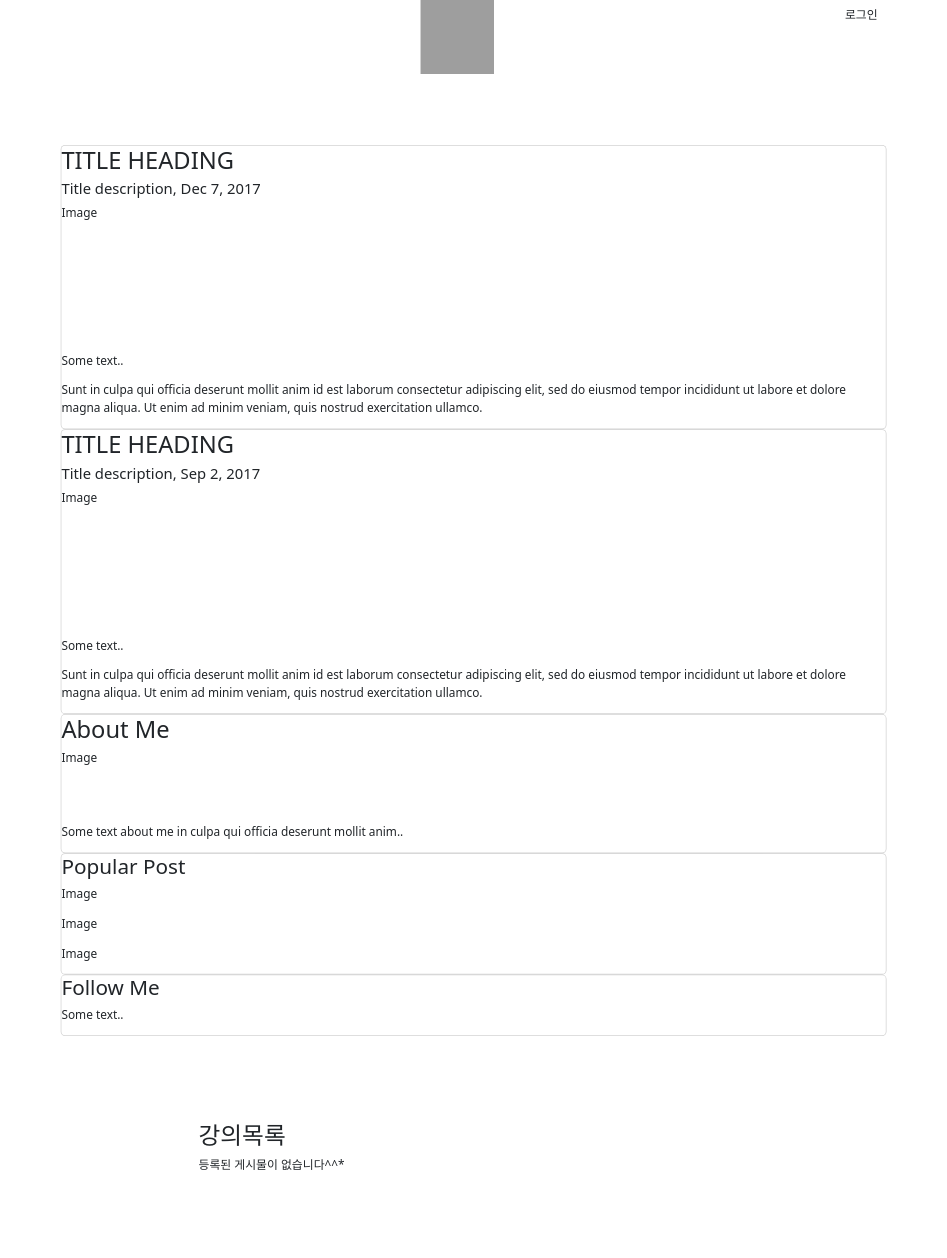
Repository: seonminpark100/CodeCampus
Page: http://localhost/LMSProject/WEB-INF/views/prof/prof.jsp
The author's editor kept a copy of each file at every save. The page is drawn from the files as they stood at one save, then again after the next save.
The browser window is 1280 px wide. The pictures show the whole page, at 74% of full size.
Pictures or frames that could not be fetched are drawn as grey boxes. The page is served by Tomcat 10. Nobody is signed in. Other server files are loaded and not shown. The template is opened directly, without the code that normally fills it, so the values that code supplies are empty.

Above is the page before, as saved 2025-07-11 06:02:40.

### LMSProject/src/main/webapp/WEB-INF/views/prof/prof.jsp
<%@ page language="java" contentType="text/html; charset=UTF-8"
    pageEncoding="UTF-8"%>
<%@ taglib uri="http://www.springframework.org/security/tags" prefix="s" %>
<!DOCTYPE html>
<html>
	<head>
		<meta http-equiv="Content-Type" content="text/html; charset=UTF-8" />
		<title>OO대학교 eCampus</title>
		<style type="text/css">
		.bl-left { position:relative; float:left; width:50%; height:300px; display: flex; justify-content: center; align-items: center; }
		.bl-right{ position:relative; float:right; width:50%; height:300px; display: flex; justify-content: center; align-items: center; }
		</style>
		<script>
		function gotoList(){
	        let pageMoveForm = document.createElement('form');
	        /* // 인수값넣을경우
	        let obj = document.createElement('input');
	   		 obj.setAttribute('type', 'hidden');
	  		 obj.setAttribute('name', 'userid');
	  		 obj.setAttribute('value', userid);
	         pageMoveForm.appendChild(obj);
	        */
	        pageMoveForm.setAttribute('method', 'post');
	        pageMoveForm.setAttribute('action', '/test/list.do');
	        document.body.appendChild(pageMoveForm);
	        pageMoveForm.submit();
	    }
		</script>
	</head>
	<body>
	<div class="container">
	<%@ include file = "top.jsp" %>
	<div class="row">
  <div class="leftcolumn">
    <div class="card">
      <h2>TITLE HEADING</h2>
      <h5>Title description, Dec 7, 2017</h5>
      <div class="fakeimg" style="height:200px;">Image</div>
      <p>Some text..</p>
      <p>Sunt in culpa qui officia deserunt mollit anim id est laborum consectetur adipiscing elit, sed do eiusmod tempor incididunt ut labore et dolore magna aliqua. Ut enim ad minim veniam, quis nostrud exercitation ullamco.</p>
    </div>
    <div class="card">
      <h2>TITLE HEADING</h2>
      <h5>Title description, Sep 2, 2017</h5>
      <div class="fakeimg" style="height:200px;">Image</div>
      <p>Some text..</p>
      <p>Sunt in culpa qui officia deserunt mollit anim id est laborum consectetur adipiscing elit, sed do eiusmod tempor incididunt ut labore et dolore magna aliqua. Ut enim ad minim veniam, quis nostrud exercitation ullamco.</p>
    </div>
  </div>
  <div class="rightcolumn">
    <div class="card">
      <h2>About Me</h2>
      <div class="fakeimg" style="height:100px;">Image</div>
      <p>Some text about me in culpa qui officia deserunt mollit anim..</p>
    </div>
    <div class="card">
      <h3>Popular Post</h3>
      <div class="fakeimg"><p>Image</p></div>
      <div class="fakeimg"><p>Image</p></div>
      <div class="fakeimg"><p>Image</p></div>
    </div>
    <div class="card">
      <h3>Follow Me</h3>
      <p>Some text..</p>
    </div>
  </div>
</div>


		<div class="container">
				<div class="bl-left">
				    <span class="bluelight">
				        <h2>강의목록</h2>
				        <c:choose>
					    <c:when test="${ empty lists }">
					        <tr>
					            <td colspan="5" align="center">
					                등록된 게시물이 없습니다^^*
					            </td>
					        </tr>
					    </c:when>
					    <c:otherwise>
					        <c:forEach items="${ lists }" var="row" varStatus="loop">
 					        <tr align="center">
					            <a href="./submain.do?lectureCode=${row.lecture_code}">${ row.lecture_name }</a> <br/>
					        </tr>
					        </c:forEach>
					    </c:otherwise>
					</c:choose>
				    </span>
				</div>
<%-- 		       	<div class="bl-right">
		            <span class="bluelight">
		                <h2>Quick Menu(임시메뉴임)</h2>
		                <a href="/prof/lectureboard.do"><button>강의</button></a>
		                <a href="/prof/noticeboard.do"><button>공지사항</button></a>
		                <a href="/prof/absentboard.do"><button>출석부</button></a>
		                <button>메뉴3</button>
		                <button>메뉴4</button>
		                <button>메뉴5</button>
		                <button>메뉴6</button>
		            </span>
		        </div> --%>
			</div>
		</div>

	</body>
</html>

### LMSProject/src/main/webapp/WEB-INF/views/prof/top.jsp
<%@ page language="java" contentType="text/html; charset=UTF-8"
    pageEncoding="UTF-8"%>
<%@ taglib prefix="sec" uri="http://www.springframework.org/security/tags" %>
<%@ taglib prefix="c" uri="http://java.sun.com/jsp/jstl/core"%>

<sec:authorize access="isAuthenticated()">
	<sec:authentication property="principal" var="principal"/>
</sec:authorize>
<!-- CDN 방식: Bootstrap, jQuery -->
<script src="https://ajax.googleapis.com/ajax/libs/jquery/3.7.1/jquery.min.js"></script>
<link href="https://cdn.jsdelivr.net/npm/bootstrap@5.3.6/dist/css/bootstrap.min.css" rel="stylesheet">
<script src="https://cdn.jsdelivr.net/npm/bootstrap@5.3.6/dist/js/bootstrap.bundle.min.js"></script>

<style>
 .img-concert {
   width: 100px;
   height: 100px;
 }

 .login {
 	float: right;
 }
</style>

<div class="container" align="center">
	<div class="login">
		<c:choose>
		    <c:when test="${empty principal}">
		        <ul class="navbar-nav">
		            <li class="nav-item"><a class="nav-link" href="/myLogin.do">로그인</a></li>
		        </ul>
		    </c:when>
		    <c:otherwise>
		        <ul class="navbar-nav">
			        <li class="nav-item"><a class="nav-link" href="/prof/mypage.do">마이페이지</a></li>
		        </ul>
		        <ul class="navbar-nav">
		            <li class="nav-item"><a class="nav-link" href="/myLogout.do">로그아웃</a></li>
		        </ul>
		         <ul class="navbar-nav">
			        <li class="nav-item"><a class="nav-link" href="/prof/index.do">내 강의실</a></li>
		        </ul>
		    </c:otherwise>
	    </c:choose>
	</div>
	<a href="/prof/index.do">
	 	<img class="img-concert" src="../images/logo.jpeg" />
	</a>
	<br/><br/>

	<br/><br/><br/>
</div>

After the next save:
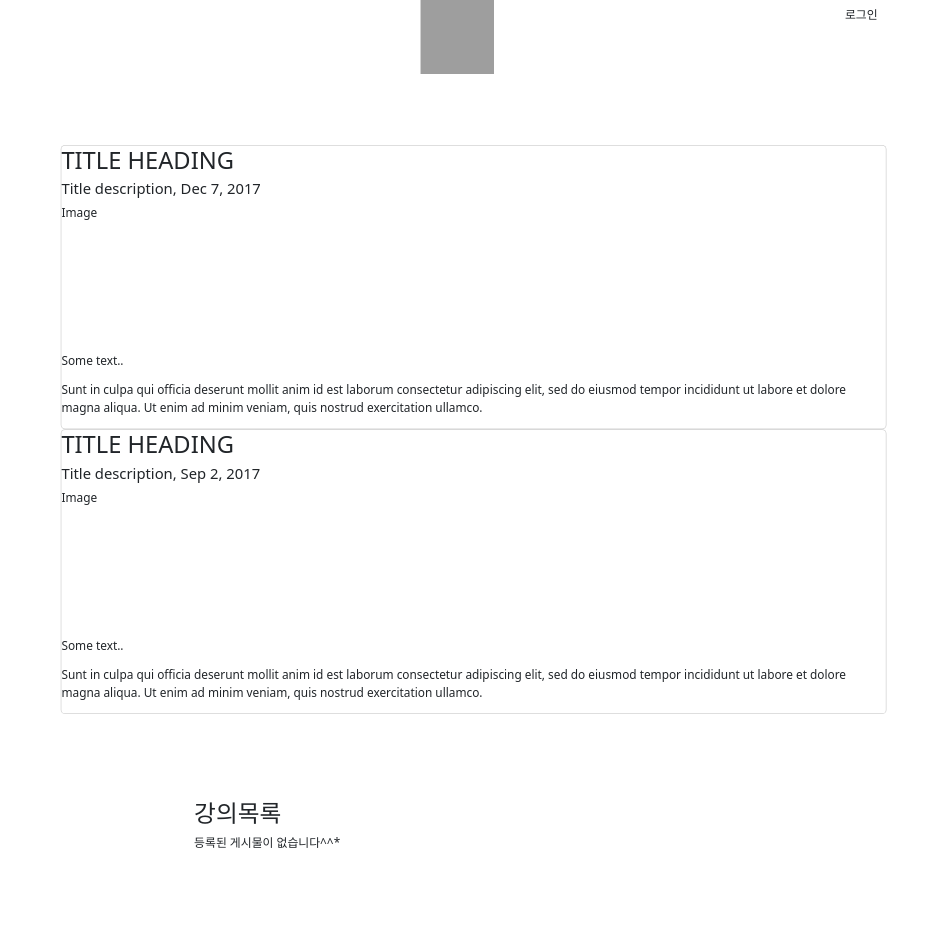
Saved 41 s later.
--- a/LMSProject/src/main/webapp/WEB-INF/views/prof/prof.jsp
+++ b/LMSProject/src/main/webapp/WEB-INF/views/prof/prof.jsp
@@ -31,38 +31,25 @@
 	<div class="container">
 	<%@ include file = "top.jsp" %>
 	<div class="row">
-  <div class="leftcolumn">
-    <div class="card">
-      <h2>TITLE HEADING</h2>
-      <h5>Title description, Dec 7, 2017</h5>
-      <div class="fakeimg" style="height:200px;">Image</div>
-      <p>Some text..</p>
-      <p>Sunt in culpa qui officia deserunt mollit anim id est laborum consectetur adipiscing elit, sed do eiusmod tempor incididunt ut labore et dolore magna aliqua. Ut enim ad minim veniam, quis nostrud exercitation ullamco.</p>
-    </div>
-    <div class="card">
-      <h2>TITLE HEADING</h2>
-      <h5>Title description, Sep 2, 2017</h5>
-      <div class="fakeimg" style="height:200px;">Image</div>
-      <p>Some text..</p>
-      <p>Sunt in culpa qui officia deserunt mollit anim id est laborum consectetur adipiscing elit, sed do eiusmod tempor incididunt ut labore et dolore magna aliqua. Ut enim ad minim veniam, quis nostrud exercitation ullamco.</p>
-    </div>
-  </div>
-  <div class="rightcolumn">
-    <div class="card">
-      <h2>About Me</h2>
-      <div class="fakeimg" style="height:100px;">Image</div>
-      <p>Some text about me in culpa qui officia deserunt mollit anim..</p>
-    </div>
-    <div class="card">
-      <h3>Popular Post</h3>
-      <div class="fakeimg"><p>Image</p></div>
-      <div class="fakeimg"><p>Image</p></div>
-      <div class="fakeimg"><p>Image</p></div>
-    </div>
-    <div class="card">
-      <h3>Follow Me</h3>
-      <p>Some text..</p>
-    </div>
+	  <div class="leftcolumn">
+	    <div class="card">
+	      <h2>TITLE HEADING</h2>
+	      <h5>Title description, Dec 7, 2017</h5>
+	      <div class="fakeimg" style="height:200px;">Image</div>
+	      <p>Some text..</p>
+	      <p>Sunt in culpa qui officia deserunt mollit anim id est laborum consectetur adipiscing elit, sed do eiusmod tempor incididunt ut labore et dolore magna aliqua. Ut enim ad minim veniam, quis nostrud exercitation ullamco.</p>
+	    </div>
+	    <div class="card">
+	      <h2>TITLE HEADING</h2>
+	      <h5>Title description, Sep 2, 2017</h5>
+	      <div class="fakeimg" style="height:200px;">Image</div>
+	      <p>Some text..</p>
+	      <p>Sunt in culpa qui officia deserunt mollit anim id est laborum consectetur adipiscing elit, sed do eiusmod tempor incididunt ut labore et dolore magna aliqua. Ut enim ad minim veniam, quis nostrud exercitation ullamco.</p>
+	    </div>
+	  </div>
+
+
+
   </div>
 </div>
 
